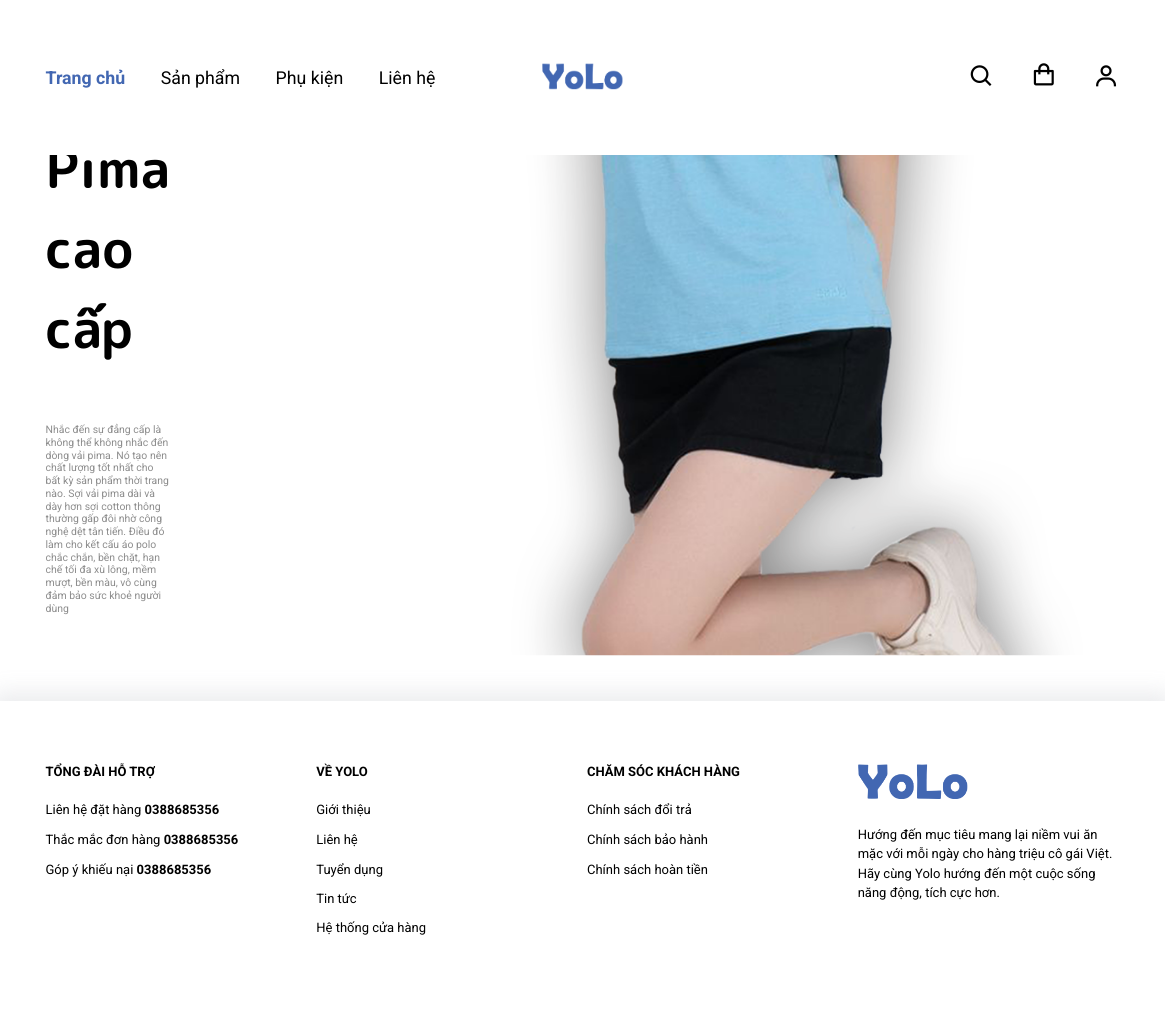
Repository: NguyenThanhBinh1210/Binh-React
Page: / (app in yoloshop/)
The author's editor kept a copy of each file at every save. The page is drawn from the files as they stood at one save, then again after the next save.
The browser window is 1280 px wide. The pictures show the whole page, at 91% of full size.
The project was rebuilt for these pictures with package versions that can differ from the ones it lists, and the page was loaded fresh each time. A package was used in the major version that the imports need, not the one package.json lists. Also part of the build but not shown: yoloshop/src/pages/Product.jsx, yoloshop/src/pages/Catalog.jsx, yoloshop/src/pages/Cart.jsx, yoloshop/src/pages/Accessory.jsx, yoloshop/src/pages/Contact.jsx.

Above is the page before, as saved 2021-11-25 12:09:26.

After the next save:
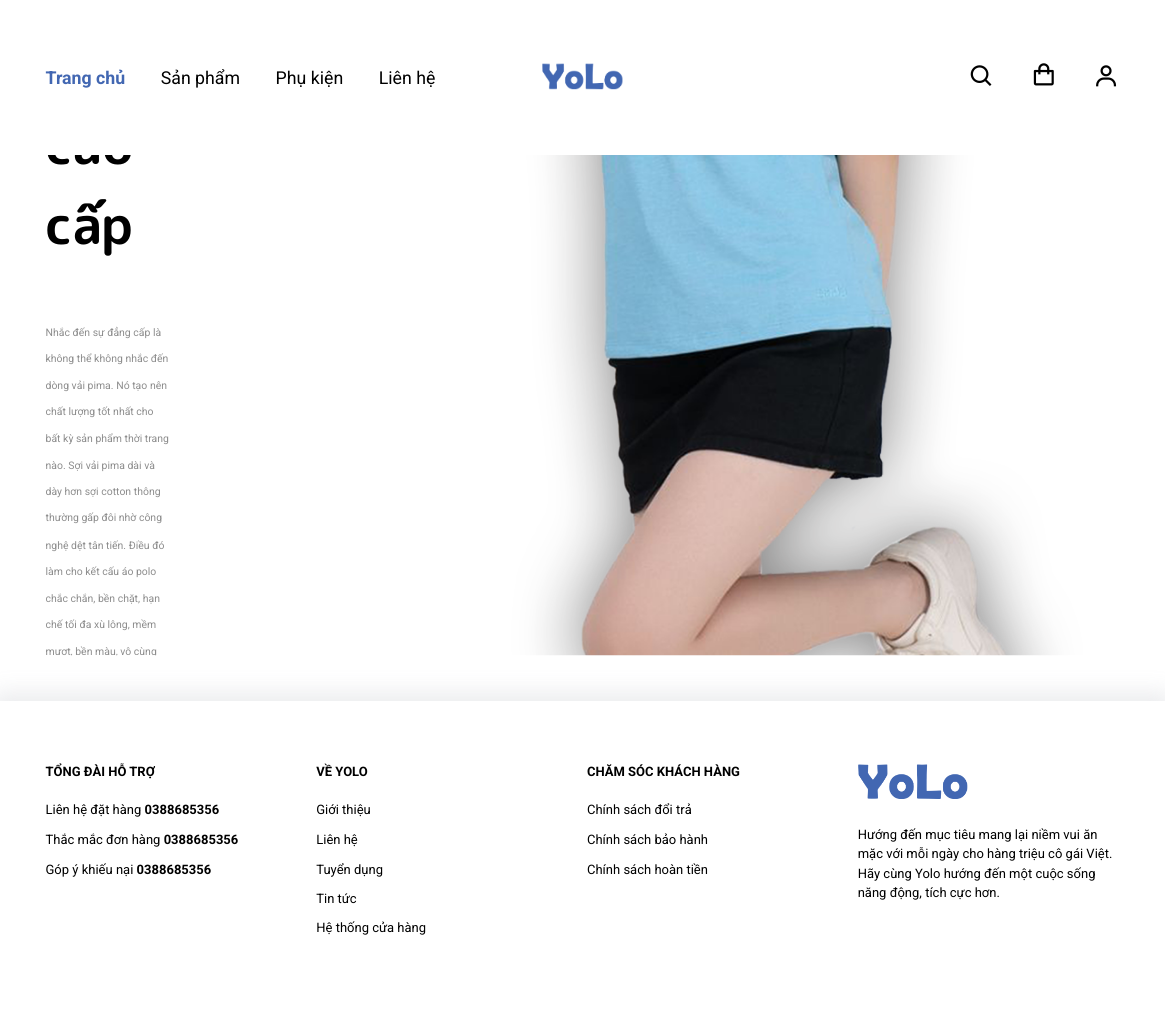
Saved 8 s later.
--- a/yoloshop/src/sass/components/_hero-slider.scss
+++ b/yoloshop/src/sass/components/_hero-slider.scss
@@ -43,6 +43,7 @@
 			&__description {
 				color: $txt-second-color;
 				font-size: 11.5px;
+				line-height: 2.25rem;
 			}
 		}
 	}
